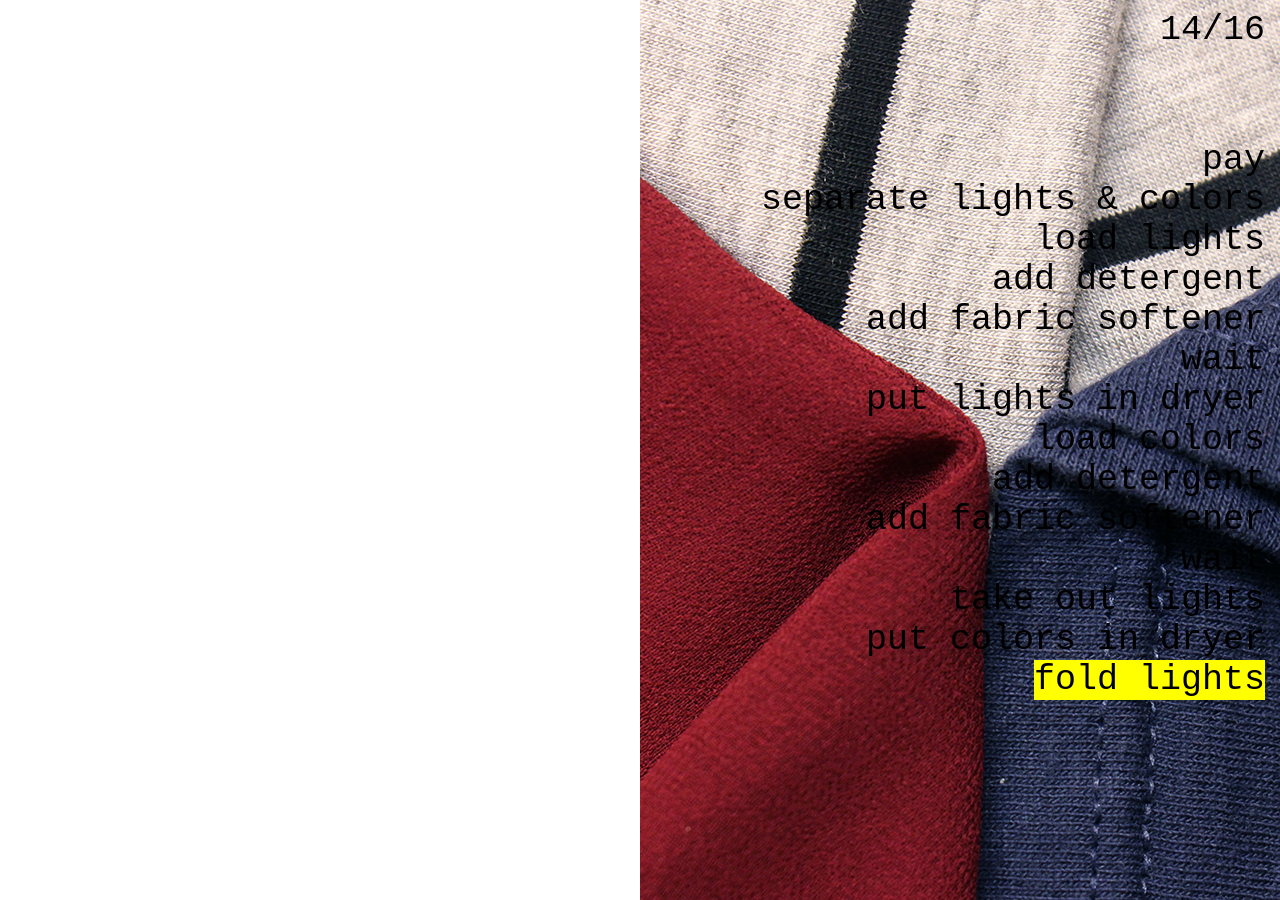
Repository: ortik455/ortik455.github.io
Page: studio/laundrysite/fourteen.html
The author's editor kept a record of every edit. The page is drawn from the files as they stood at one moment, then again after the next edit.
The browser window is 1280 px wide. The pictures show the whole page.

Above is the page before.

### studio/laundrysite/fourteen.html
<!DOCTYPE html>
<html>
	<head>
	    <link href='http://fonts.googleapis.com/css?family=Inconsolata' rel='stylesheet' type='text/css'>
		<link rel="icon" href="../../studio/favicon.png" sizes="16x16 32x32" type="image/png">
		<link href="laundry.css" rel="stylesheet" type="text/css">
		<title>14/16</title>
	</head>

	<body>
<!--class to call out all the text and use id="" to call out
individual things but dont use ids... -->
	  <div class="text">
		<div class="number">
	  		14/16
	  	</div>
		<div class="steps">
		  	pay
		  	<br>
		  	separate lights &amp; colors
		  	<br>
		  	load lights
		  	<br>
		  	add detergent
		  	<br>
		  	add fabric softener
		  	<br>
		  	wait
		  	<br>
		  	put lights in dryer
		  	<br>
		  	load colors
		  	<br>
		  	add detergent
		  	<br>
		  	add fabric softener
		  	<br>
		  	wait
		  	<br>
		  	take out lights
		  	<br>
		  	put colors in dryer
		  	<br>
		  	<mark>fold lights</mark>
		</div>
	  </div>

	  <div class="photos">
	  	<a href="fourteen.html"><img src="photos/color2.png"  alt=""></a>
	  </div>
	</body>
</html>

### studio/laundrysite/laundry.css
*, *:before, *:after {
    -webkit-box-sizing: border-box;
       -moz-box-sizing: border-box;
            box-sizing: border-box;

}
.timerbox {
    background: #000000;
    float: left;
    width: 50%;
    height: 900px;
}
.timer {
    position: absolute;
    background: #000000;
    color: #ffffff;
    top: 50%;
    left: 275px;
    font-size: 60px;
}
.timer2 {
    position: absolute;
    background: #000000;
    color: #ffffff;
    top: 50%;
    left: 275px;
    font-size: 60px;
}

body{
	background: #FFFFFF;
	font-size: 0px;
	margin: 0;
	font-family: Courier New, sans-serif;
	height: 100%;
}
.start{
    background-color: #000000;
    font-size: 50px;
    letter-spacing: 6px;
    position: absolute;
    bottom: 50%;
    margin-left: 20px;
}
.mark {
    background-color: #000000;
    color: #FFFFFF;
}
.text {
	font-size: 35px;
    width: 50%;
    height: 715px;
    float: left;
}
.photos {
    width: 50%;
    height: 100%;
    float: left;
    overflow: hidden;
}
.number {
   font-size: 35px;
   position: fixed;
   top: 0px;
   right: 0px;
   padding: 10px 15px 20px 5px;
}
.steps {
   font-size: 35px;
   text-align: right;
   position: fixed;
   bottom: 0px;
   right: 0px;
   padding: 10px 15px 20px 5px;

}
a:link {
    text-decoration:none;
    color: #000000;
    }
a:visited {
    color: #000000;
}
.photos:hover img {
    transform: scale(1.1);
}
.photos img {
    transition: transform 2s ease;
}

After the next edit:
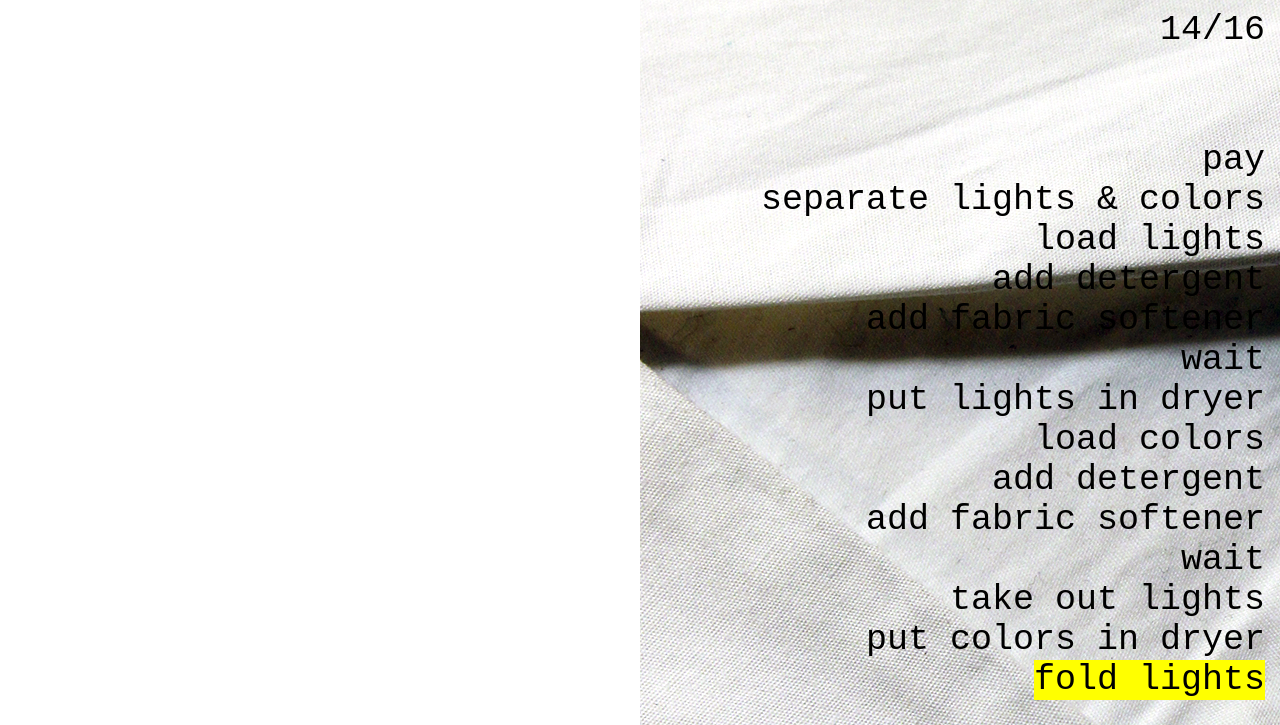
The edit:
--- a/studio/laundrysite/fourteen.html
+++ b/studio/laundrysite/fourteen.html
@@ -46,7 +46,7 @@
 	  </div>
 
 	  <div class="photos">
-	  	<a href="fourteen.html"><img src="photos/color2.png"  alt=""></a>
+	  	<a href="fifteen.html"><img src="photos/lightfold.png"  alt=""></a>
 	  </div>
 	</body>
 </html>
